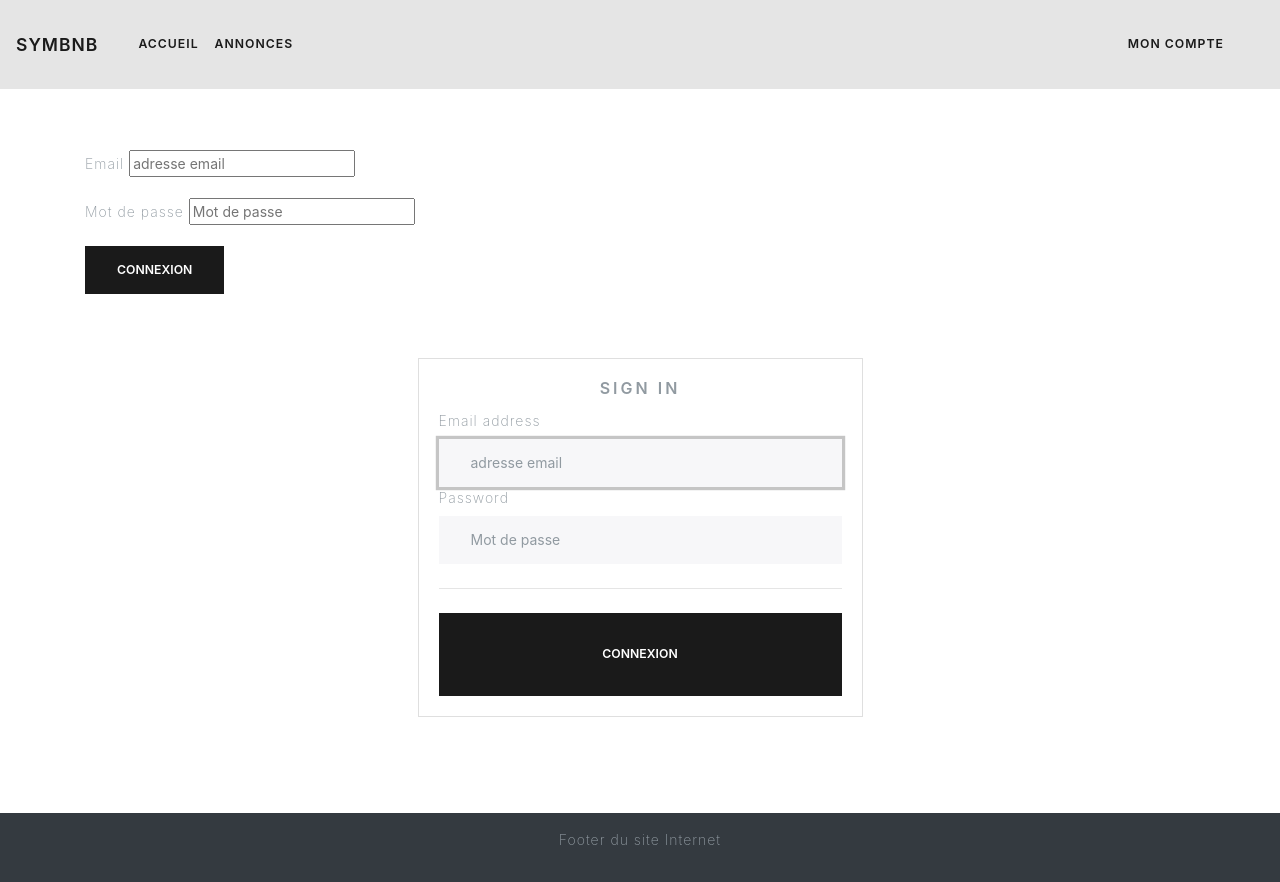
Repository: buzzEclair/symbnb
Page: templates/account/login.html.twig
The author's editor kept a copy of each file at every save. The page is drawn from the files as they stood at one save, then again after the next save.
The browser window is 1280 px wide. The pictures show the whole page.
Some web fonts or font styles are not loaded; a fallback is used. The page is a Twig template of a Symfony application; nobody is signed in and links lead nowhere. The template is opened directly, without the code that normally fills it, so the values that code supplies are empty.

Above is the page before, as saved 2019-03-03 17:05:28.

After the next save:
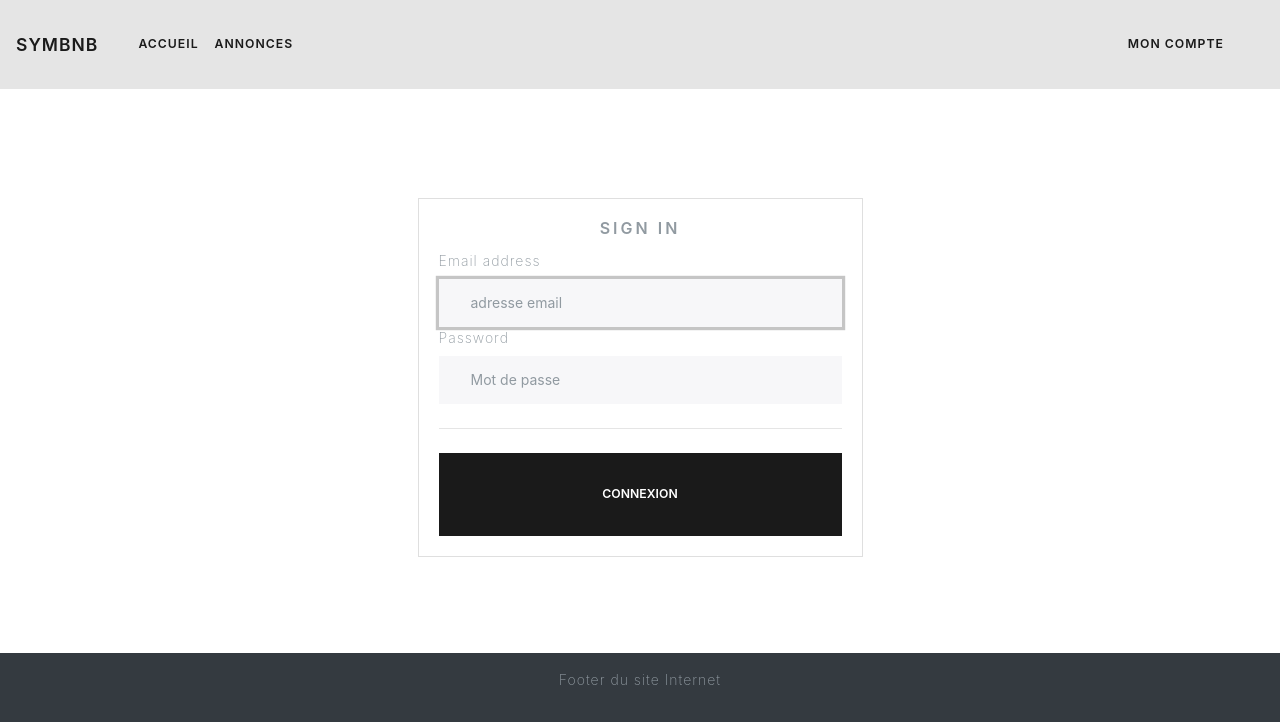
Saved 67 s later.
--- a/templates/account/login.html.twig
+++ b/templates/account/login.html.twig
@@ -4,45 +4,32 @@
 
 {% block body %}
 <div class="container">
-    <form action="">
-        <div class="form-group">
-            <label for="email">Email</label>
-            <input type="text" name="_username" id="email" placeholder="adresse email">
-        </div>
-        <div class="form-group">
-            <label for="password">Mot de passe</label>
-            <input type="password" name="_password" id="password" placeholder="Mot de passe">
-        </div>
-        <div class="form-group">
-            <button type="submit" class="btn btn-primary">Connexion</button>
-        </div>
-    </form>
     <div class="row">
-    <div class="col-sm-9 col-md-7 col-lg-5 mx-auto">
-        <div class="card card-signin my-5">
-        <div class="card-body">
-            <h5 class="card-title text-center">Sign In</h5>
-            <form class="form-signin">
-            <div class="form-label-group">
-                <label for="email">Email address</label>
+        <div class="col-sm-9 col-md-7 col-lg-5 mx-auto">
+            <div class="card card-signin my-5">
+            <div class="card-body">
+                <h5 class="card-title text-center">Sign In</h5>
+                <form class="form-signin" action="">
+                <div class="form-label-group">
+                    <label for="email">Email address</label>
 
-                <input type="text" class="form-control" name="_username" id="email" placeholder="adresse email" autofocus>
-            </div>
+                    <input type="text" class="form-control" name="_username" id="email" placeholder="adresse email" autofocus>
+                </div>
 
-            <div class="form-label-group">
-                <label for="password">Password</label>
-                <input type="password" name="_password" id="password" placeholder="Mot de passe" class="form-control" >
+                <div class="form-label-group">
+                    <label for="password">Password</label>
+                    <input type="password" name="_password" id="password" placeholder="Mot de passe" class="form-control" >
 
-            </div>
+                </div>
 
-            <hr class="my-4">
-            <button class="btn btn-lg btn-primary btn-block text-uppercase" type="submit">Connexion</button>
+                <hr class="my-4">
+                <button class="btn btn-lg btn-primary btn-block text-uppercase" type="submit">Connexion</button>
 
 
-            </form>
+                </form>
+            </div>
+            </div>
         </div>
-        </div>
-    </div>
     </div>
 </div>
 {% endblock %}
